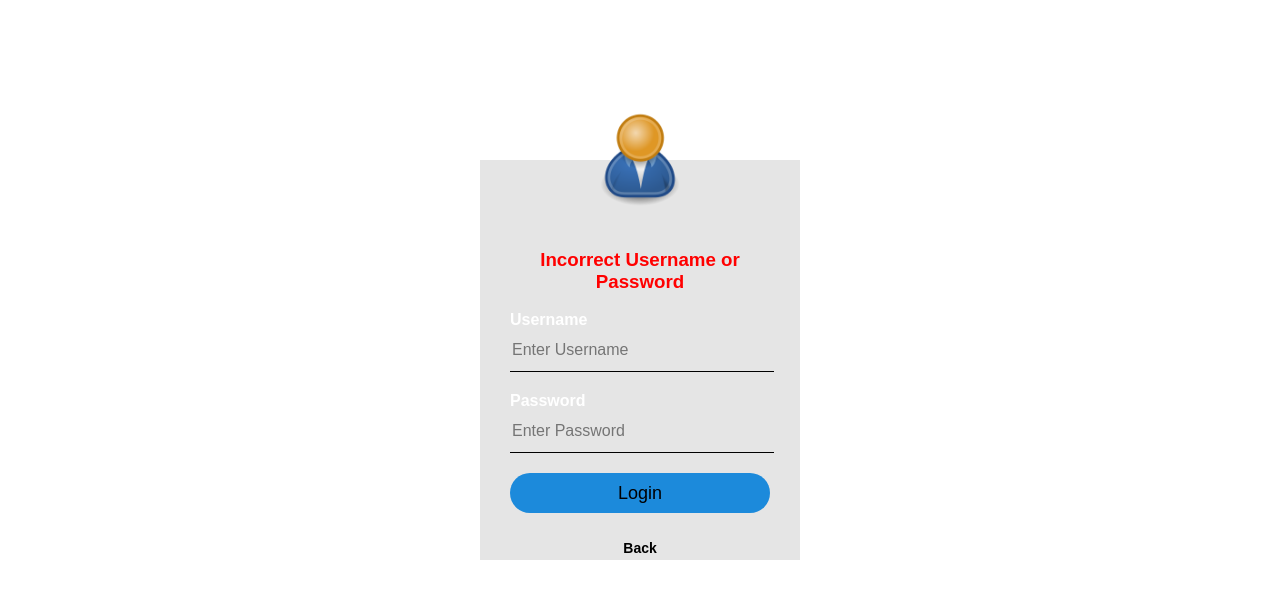
Repository: AlkaDas991/Dbms
Page: http://localhost/Student_Record_Management/dgiOneView.jsp
The author's editor kept a copy of each file at every save. The page is drawn from the files as they stood at one save, then again after the next save.
The browser window is 1280 px wide. The pictures show the whole page.
The page is served by Tomcat 9.

Above is the page before, as saved 2021-03-12 14:50:00.

After the next save:
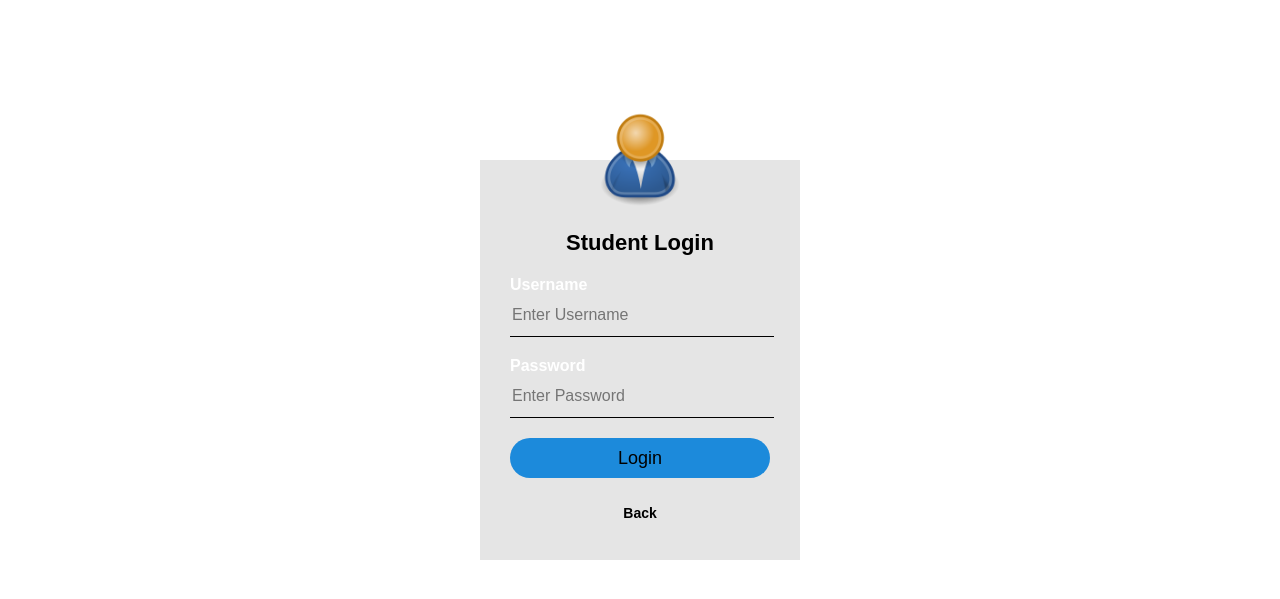
Saved 23 s later.
--- a/Student Record Management/WebContent/dgiOneView.jsp
+++ b/Student Record Management/WebContent/dgiOneView.jsp
@@ -5,26 +5,23 @@
 <head>
 <meta http-equiv="Content-Type" content="text/html; charset=ISO-8859-1">
   <link rel="stylesheet" type="text/css" href="style.css">
-  <style>
-  h3{
-color:red;
-}
-  .login-box{
+  <style>.login-box{
     height: 400px;
+
 }</style>
 </head>
 <body>
-    <form method="post" action="adminLogin">
+    <form action="Studentloginservlet" method ="post">
     <div class="login-box">
     <img src="user.png" class="avatar">
-        <h3><center>Incorrect Username or Password</center></h3>
+        <h1>Student Login</h1>
             <p>Username</p>
             <input type="text" name="username" placeholder="Enter Username" required="required">
             <p>Password</p>
             <input type="password" name="password" placeholder="Enter Password" required="required">
             <input type="submit" name="submit" value="Login">
-            </form>
-              <center><h1><a href="index.html">Back</a></h1></center>
-        </div>
+            <center><h1><a href="index.html">Back</a></h1></center>
+     </div>
+      </form>
     </body>
 </html>
